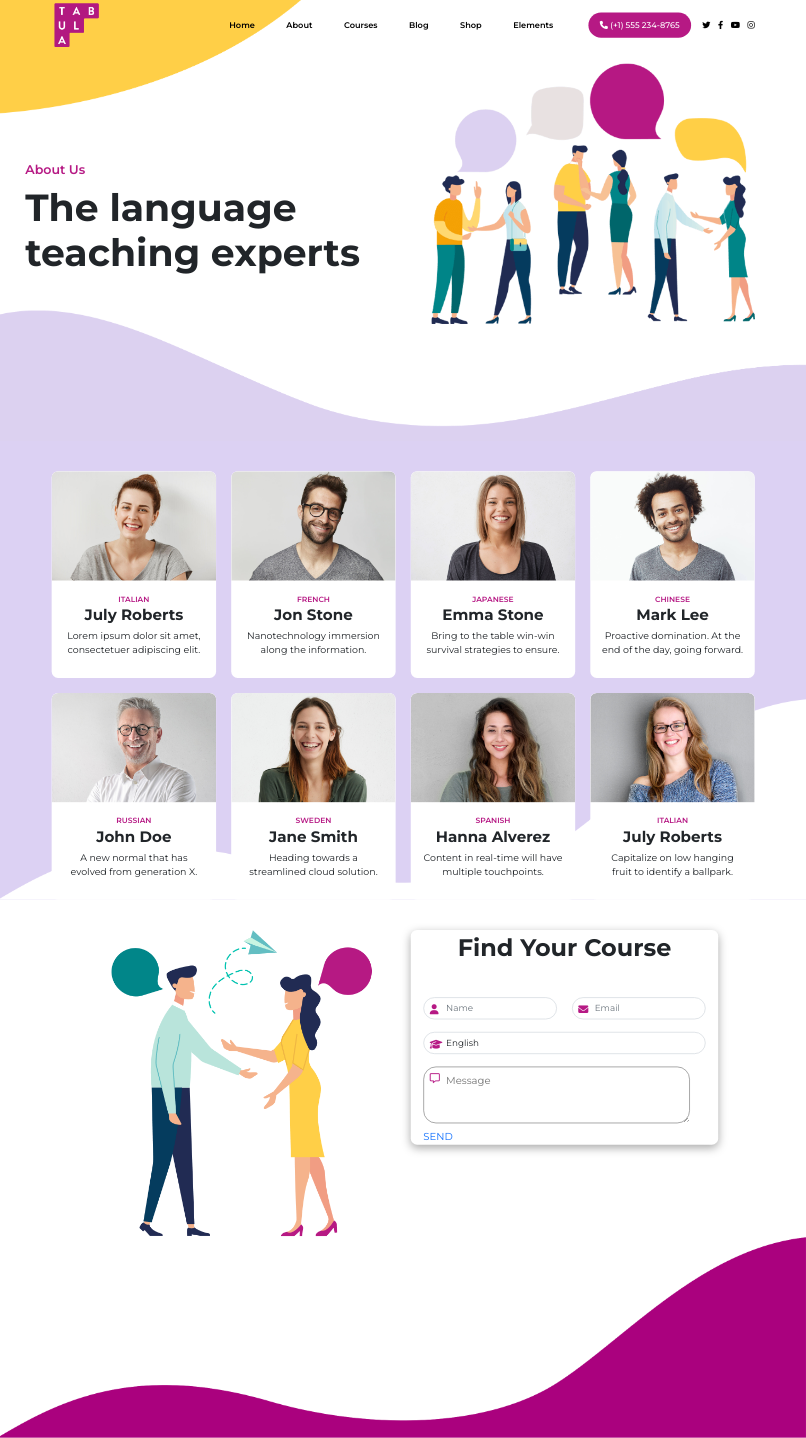
Repository: minhtrivu6199/tabula
Page: index.html
These files come from the project's save history. The page is drawn as it stood at one moment and after the next save; the edit follows.
The browser window is 1280 px wide. The pictures show the whole page, at 63% of full size.
Some web libraries are served in a nearby version. The style sheet was rebuilt from its Sass, Less or Tailwind sources for each picture, by a compiler version that may differ from the author's.

Above is the page before, as saved 2022-09-28 11:19:43.

After the next save:
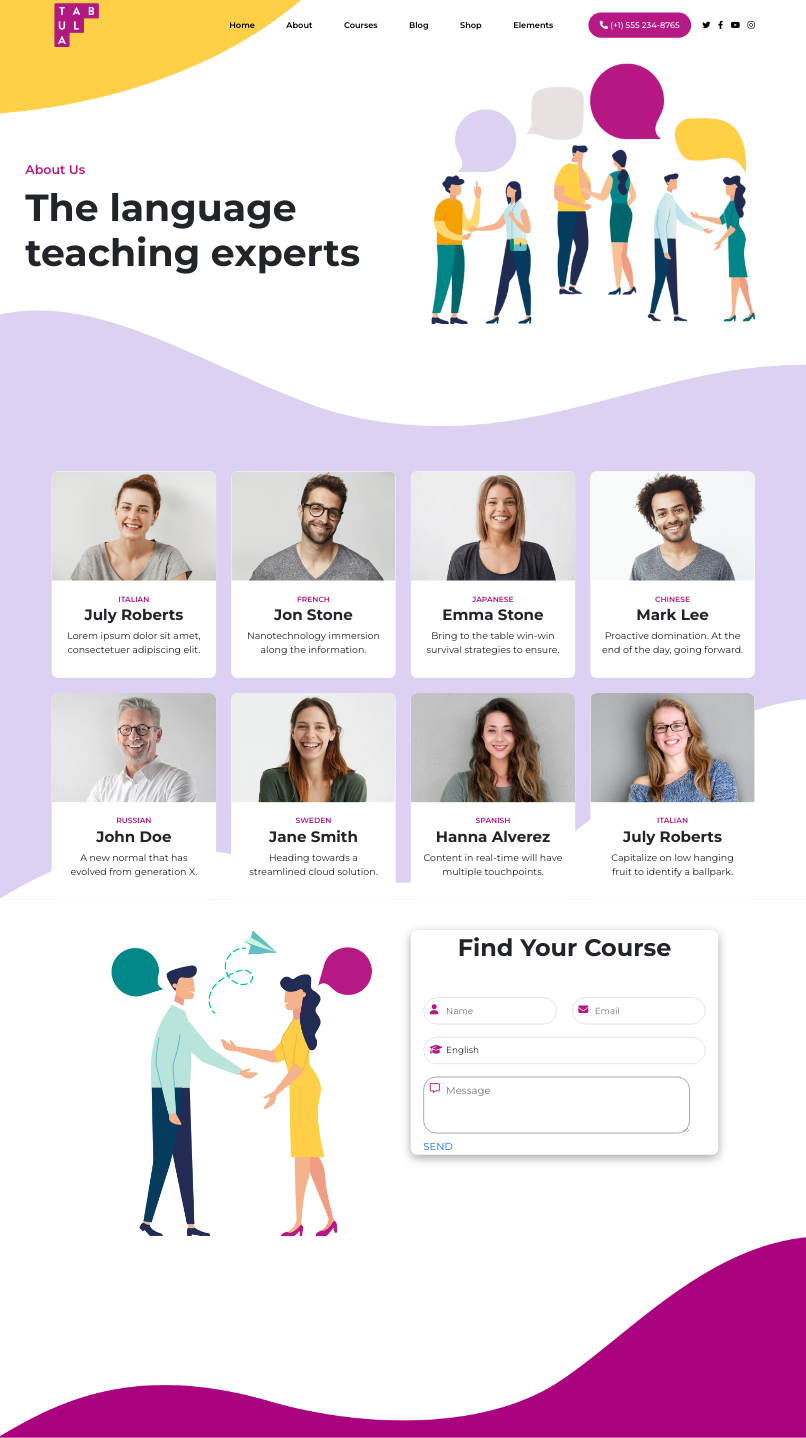
Saved 21 s later.
--- a/scss/style.scss
+++ b/scss/style.scss
@@ -321,7 +321,7 @@ img {
 
                                     .form-control, .form-select {
                                         border-radius: 50px;
-                                        padding-left: 35px;
+                                        padding:10px 10px 10px 35px;
                                         margin: 10px 0;
                                         background: transparent;
                                         display: block;
